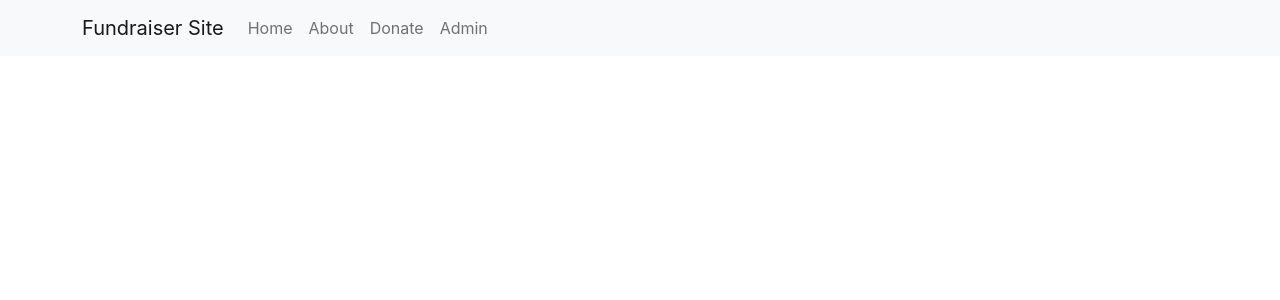
Repository: DragonFruit8/Fundraiser-Page
Page: /
These files come from the project's save history. The page is drawn as it stood at one moment and after the next save; the edit follows.
The browser window is 1280 px wide. The pictures show the whole page.
The project was rebuilt for these pictures with package versions that can differ from the ones it lists, and the page was loaded fresh each time. Also part of the build but not shown: src/pages/Home.js, src/pages/About.js, src/pages/Donate.js, src/pages/Admin.js.

Above is the page before, as saved 2024-07-19 12:30:32.

### public/index.html
<!DOCTYPE html>
<html lang="en">
  <head>
    <meta charset="utf-8" />
    <link rel="icon" href="%PUBLIC_URL%/favicon.ico" />
    <meta name="viewport" content="width=device-width, initial-scale=1" />
    <meta name="theme-color" content="#000000" />
    <meta
      name="description"
      content="Web site created using create-react-app"
    />
    <link rel="apple-touch-icon" href="%PUBLIC_URL%/logo192.png" />
    <link
      href="https://cdn.jsdelivr.net/npm/bootstrap@5.0.2/dist/css/bootstrap.min.css"
      rel="stylesheet"
      integrity="sha384-EVSTQN3/azprG1Anm3QDgpJLIm9Nao0Yz1ztcQTwFspd3yD65VohhpuuCOmLASjC"
      crossorigin="anonymous"
    />
    <!--
      manifest.json provides metadata used when your web app is installed on a
      user's mobile device or desktop. See https://developers.google.com/web/fundamentals/web-app-manifest/
    -->
    <link rel="manifest" href="%PUBLIC_URL%/manifest.json" />
    <!--
      Notice the use of %PUBLIC_URL% in the tags above.
      It will be replaced with the URL of the `public` folder during the build.
      Only files inside the `public` folder can be referenced from the HTML.

      Unlike "/favicon.ico" or "favicon.ico", "%PUBLIC_URL%/favicon.ico" will
      work correctly both with client-side routing and a non-root public URL.
      Learn how to configure a non-root public URL by running `npm run build`.
    -->
    <title>React App</title>
  </head>
  <body>
    <noscript>You need to enable JavaScript to run this app.</noscript>
    <div id="root"></div>
    <!--
      This HTML file is a template.
      If you open it directly in the browser, you will see an empty page.

      You can add webfonts, meta tags, or analytics to this file.
      The build step will place the bundled scripts into the <body> tag.

      To begin the development, run `npm start` or `yarn start`.
      To create a production bundle, use `npm run build` or `yarn build`.
    -->
    <script
      src="https://cdn.jsdelivr.net/npm/bootstrap@5.0.2/dist/js/bootstrap.bundle.min.js"
      integrity="sha384-MrcW6ZMFYlzcLA8Nl+NtUVF0sA7MsXsP1UyJoMp4YLEuNSfAP+JcXn/tWtIaxVXM"
      crossorigin="anonymous"
    ></script>
    <script
      src="https://cdn.jsdelivr.net/npm/@popperjs/core@2.9.2/dist/umd/popper.min.js"
      integrity="sha384-IQsoLXl5PILFhosVNubq5LC7Qb9DXgDA9i+tQ8Zj3iwWAwPtgFTxbJ8NT4GN1R8p"
      crossorigin="anonymous"
    ></script>
    <script
      src="https://cdn.jsdelivr.net/npm/bootstrap@5.0.2/dist/js/bootstrap.min.js"
      integrity="sha384-cVKIPhGWiC2Al4u+LWgxfKTRIcfu0JTxR+EQDz/bgldoEyl4H0zUF0QKbrJ0EcQF"
      crossorigin="anonymous"
    ></script>
  </body>
</html>

### src/App.js
import React from 'react';
import { BrowserRouter as Router, Route, Routes, Link } from 'react-router-dom';
import Home from './pages/Home';
import About from './pages/About';
import Donate from './pages/Donate';
import Admin from './pages/Admin';
import Navbar from './components/Navbar';

const App = () => {
  return (
    <Router>
      <Navbar />
      <Routes>
        <Route exact path="/" component={Home} />
        <Route path="/about" component={About} />
        <Route path="/donate" component={Donate} />
        <Route path="/admin" component={Admin} />
      </Routes>
    </Router>
  );
};

export default App;

### src/components/Navbar.js
import React from 'react';
import { Link } from 'react-router-dom';

const Navbar = () => {
    return (
        <nav className="navbar navbar-expand-lg navbar-light bg-light">
            <div className="container">
                <Link className="navbar-brand" to="/">Fundraiser Site</Link>
                <button className="navbar-toggler" type="button" data-bs-toggle="collapse" data-bs-target="#navbarNav" aria-controls="navbarNav" aria-expanded="false" aria-label="Toggle navigation">
                    <span className="navbar-toggler-icon"></span>
                </button>
                <div className="collapse navbar-collapse" id="navbarNav">
                    <ul className="navbar-nav mr-auto">
                        <li className="nav-item">
                            <Link className="nav-link" to="/">Home</Link>
                        </li>
                        <li className="nav-item">
                            <Link className="nav-link" to="/about">About</Link>
                        </li>
                        <li className="nav-item">
                            <Link className="nav-link" to="/donate">Donate</Link>
                        </li>
                        <li className="nav-item">
                            <Link className="nav-link" to="/admin">Admin</Link>
                        </li>
                    </ul>
                </div>
            </div>
        </nav>
    );
}

export default Navbar;

Loaded but not shown: src/index.js (common file); src/index.css (common file); src/reportWebVitals.js (common file)

After the next save:
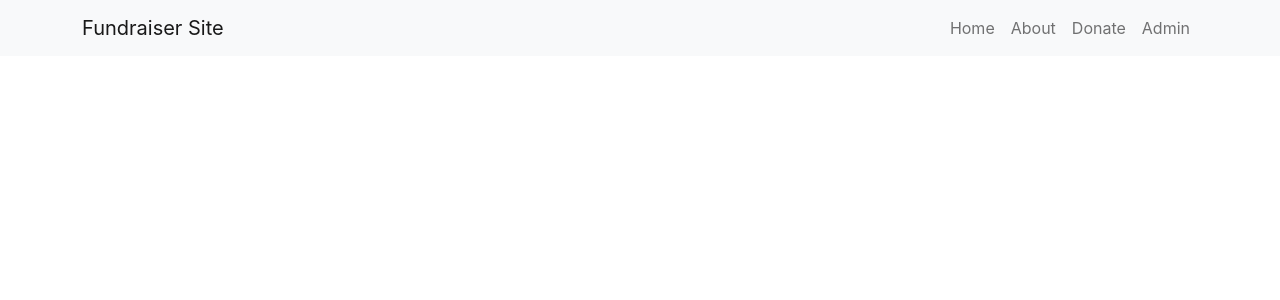
Saved 13 s later.
--- a/src/components/Navbar.js
+++ b/src/components/Navbar.js
@@ -10,7 +10,7 @@ const Navbar = () => {
                     <span className="navbar-toggler-icon"></span>
                 </button>
                 <div className="collapse navbar-collapse" id="navbarNav">
-                    <ul className="navbar-nav mr-auto">
+                    <ul className="navbar-nav ms-auto">
                         <li className="nav-item">
                             <Link className="nav-link" to="/">Home</Link>
                         </li>
